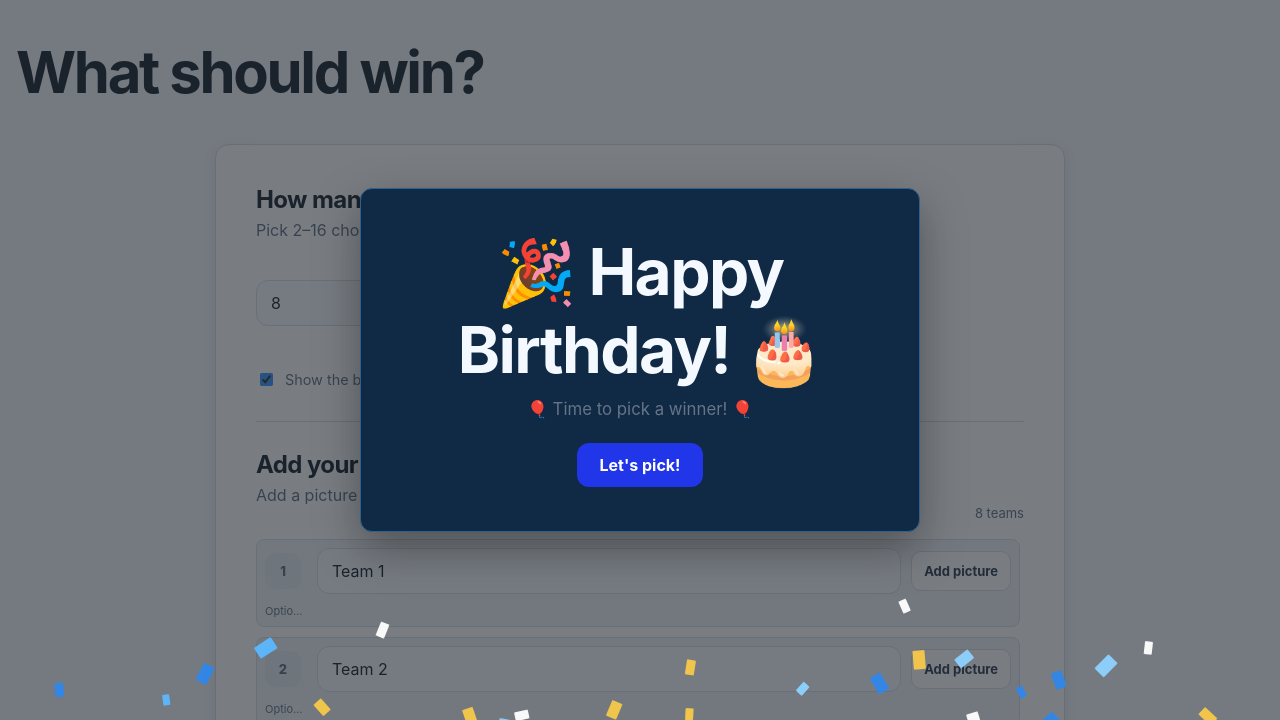
Repository: Ryan-Damm/Bracket
Page: bracket-simulator.html
An editor plug-in stored every save of this project. The page is shown before and after the next save, followed by the edit.
The browser window is 1280 px wide. The pictures show the window.
A layer covers the whole window, so only the first screen is drawn. An inner scrolling area shows only its first screen.

Above is the page before, as saved 2026-10-04 21:43:37.

### bracket-simulator.html
<!DOCTYPE html>
<html lang="en">
<head>
    <meta charset="UTF-8">
    <meta name="viewport" content="width=device-width, initial-scale=1.0">
    <title>Birthday Bracket</title>
    <style>
* {
    box-sizing: border-box;
}

:root {
    --bg: #f6f7fb;
    --panel: #ffffff;
    --card: #f0f4f8;
    --card-hover: #e7f0f7;
    --border: #d5dde6;
    --text: #1d2733;
    --muted: #657487;
    --accent: #e85d75;
    --accent-light: #f6b4c2;
    --accent-dark: #b83d57;
    --accent-soft: #fff0f3;
    --accent-complement: #3c9b72;
    --danger: var(--accent-dark);
    --green: var(--accent-complement);
}

body {
    margin: 0;
    min-height: 100vh;
    font-family: Inter, ui-sans-serif, system-ui, -apple-system, BlinkMacSystemFont, "Segoe UI", sans-serif;
    background: var(--bg);
    color: var(--text);
}

button,
input {
    font: inherit;
}

button {
    cursor: pointer;
}

button:focus-visible,
input:focus-visible {
    outline: 2px solid var(--accent-light);
    outline-offset: 2px;
}

.app {
    width: min(1500px, calc(100% - 32px));
    margin: 0 auto;
    padding: 44px 0 70px;
}

.hero {
    display: flex;
    justify-content: space-between;
    gap: 24px;
    align-items: flex-start;
    margin-bottom: 34px;
}

.eyebrow {
    margin: 0 0 7px;
    color: var(--accent-light);
    font-size: 11px;
    font-weight: 800;
    letter-spacing: 0.15em;
}

h1,
h2,
p {
    margin-top: 0;
}

h1 {
    margin-bottom: 9px;
    font-size: clamp(34px, 5vw, 58px);
    line-height: 0.98;
    letter-spacing: -0.04em;
}

h2 {
    margin-bottom: 6px;
    letter-spacing: -0.025em;
}

.subtitle,
.setup-card p,
.instruction {
    color: var(--muted);
}

.subtitle {
    margin-bottom: 0;
    font-size: 16px;
}

.setup-card {
    max-width: 850px;
    margin: 0 auto;
    padding: clamp(22px, 4vw, 40px);
    background: var(--panel);
    border: 1px solid var(--border);
    border-radius: 14px;
    box-shadow: 0 4px 14px rgba(30, 45, 60, 0.08);
}

.step {
    display: flex;
    gap: 16px;
    align-items: flex-start;
}

.step-number {
    display: grid;
    place-items: center;
    flex: 0 0 34px;
    width: 34px;
    height: 34px;
    border-radius: 50%;
    background: var(--accent-soft);
    color: var(--accent-light);
    font-weight: 800;
}

.team-count-row {
    display: flex;
    gap: 10px;
    margin-top: 24px;
}

.team-count-row input {
    width: 140px;
}

input[type="number"],
.team-name-input {
    min-height: 46px;
    border: 1px solid var(--border);
    border-radius: 12px;
    background: #f8fafc;
    color: var(--text);
    padding: 0 14px;
}

.primary-button,
.secondary-button,
.ghost-button {
    min-height: 44px;
    border-radius: 11px;
    border: 1px solid transparent;
    padding: 0 17px;
    color: var(--text);
    font-weight: 750;
    transition: transform 140ms ease, background 140ms ease, border-color 140ms ease;
}

.primary-button {
    background: var(--accent);
}

.primary-button:hover {
    background: var(--accent-dark);
    transform: translateY(-1px);
}

.secondary-button {
    background: #eef2f6;
    border-color: var(--border);
}

.secondary-button:hover:not(:disabled),
.ghost-button:hover {
    background: #e3e9ef;
}

.secondary-button:disabled {
    cursor: not-allowed;
    opacity: 0.4;
}

.ghost-button {
    background: transparent;
    border-color: var(--border);
}

.hidden {
    display: none !important;
}

.error-message {
    min-height: 20px;
    margin: 12px 0 0;
    color: var(--danger) !important;
    font-size: 13px;
}

.team-form {
    margin-top: 32px;
    border-top: 1px solid var(--border);
    padding-top: 28px;
}

.form-heading {
    display: flex;
    justify-content: space-between;
    gap: 16px;
    align-items: flex-end;
    margin-bottom: 18px;
}

.form-heading > span {
    color: var(--muted);
    font-size: 13px;
    white-space: nowrap;
}

.team-fields {
    display: grid;
    gap: 10px;
    max-height: 520px;
    overflow: auto;
    padding-right: 4px;
}

.team-field {
    display: grid;
    grid-template-columns: 42px minmax(0, 1fr) auto;
    gap: 10px;
    align-items: center;
    padding: 8px;
    border: 1px solid var(--border);
    border-radius: 8px;
    background: #f1f4f7;
}

.team-number {
    display: grid;
    place-items: center;
    width: 36px;
    height: 36px;
    border-radius: 10px;
    background: #e5ebf0;
    color: var(--muted);
    font-size: 13px;
    font-weight: 800;
}

.team-name-input {
    width: 100%;
}

.file-label {
    position: relative;
    display: inline-flex;
    align-items: center;
    justify-content: center;
    min-height: 40px;
    padding: 0 12px;
    border: 1px solid var(--border);
    border-radius: 10px;
    background: #ffffff;
    color: #314052;
    font-size: 13px;
    font-weight: 700;
    cursor: pointer;
    white-space: nowrap;
}

.file-label:hover {
    background: #e3e9ef;
}

.file-label input {
    position: absolute;
    width: 1px;
    height: 1px;
    opacity: 0;
    pointer-events: none;
}

.file-status {
    color: var(--muted);
    font-size: 11px;
    max-width: 110px;
    overflow: hidden;
    text-overflow: ellipsis;
    white-space: nowrap;
}

.start-button {
    width: 100%;
    margin-top: 18px;
    min-height: 50px;
}

.bracket-screen {
    animation: appear 240ms ease;
}

@keyframes appear {
    from { opacity: 0; transform: translateY(7px); }
    to { opacity: 1; transform: translateY(0); }
}

.toolbar {
    display: flex;
    justify-content: space-between;
    align-items: flex-end;
    gap: 20px;
    margin-bottom: 24px;
}

.toolbar h2 {
    margin-bottom: 4px;
    font-size: 28px;
}

.instruction {
    margin: 0;
    font-size: 14px;
}

.toolbar-actions {
    display: flex;
    gap: 8px;
    flex-wrap: wrap;
}

.bracket-container {
    display: flex;
    align-items: stretch;
    gap: 46px;
    min-height: 520px;
    padding: 20px 8px 36px;
    overflow-x: auto;
    scrollbar-width: thin;
}

.round {
    display: flex;
    flex-direction: column;
    flex: 0 0 220px;
    min-width: 220px;
}

.round-title {
    margin-bottom: 16px;
    color: var(--muted);
    text-align: center;
    font-size: 18px;
    font-weight: 850;
    letter-spacing: 0.1em;
    text-transform: uppercase;
}

.match-list {
    display: flex;
    flex-direction: column;
    flex: 1;
    justify-content: space-around;
    gap: 20px;
}

.match {
    position: relative;
    display: flex;
    flex-direction: column;
    border: 1px solid var(--border);
    border-radius: 8px;
    background: var(--panel);
    overflow: visible;
    box-shadow: 0 2px 8px rgba(30, 45, 60, 0.06);
}

.team {
    position: relative;
    display: flex;
    align-items: center;
    gap: 10px;
    width: 100%;
    min-height: 110px;
    padding: 8px 12px;
    border: 0;
    border-bottom: 1px solid var(--border);
    background: transparent;
    color: var(--text);
    text-align: left;
    transition: background 130ms ease, transform 130ms ease;
}

.team:last-child {
    border-bottom: 0;
}

.team.clickable:hover {
    background: var(--card-hover);
    transform: translateX(2px);
}

.team.winner {
    background: rgba(103, 230, 165, 0.08);
}

.team.winner::after {
    content: "✓";
    margin-left: auto;
    color: var(--green);
    font-weight: 900;
}

.team.tbd {
    color: #8a96a3;
    font-style: italic;
}

.team.bye {
    color: #8a96a3;
    background: #f1f4f7;
    font-style: italic;
}

.team-avatar {
    display: grid;
    place-items: center;
    flex: 0 0 92px;
    width: 92px;
    height: 92px;
    overflow: hidden;
    border-radius: 9px;
    background: #e85d75;
    color: #ffffff;
    font-size: 12px;
    font-weight: 850;
}

    .team-avatar img { width: 100%; height: 100%; object-fit: cover; display: block; }

.team-avatar img {
    width: 100%;
    height: 100%;
    object-fit: cover;
}

.team-name {
    min-width: 0;
    overflow: hidden;
    text-overflow: ellipsis;
    white-space: nowrap;
    font-size: 14px;
    font-weight: 750;
}


.winner-card {
    position: relative;
    max-width: 460px;
    margin: 30px auto 0;
    padding: 36px;
    text-align: center;
    border: 1px solid rgba(139, 124, 255, 0.45);
    border-radius: 14px;
    background: var(--panel);
    overflow: hidden;
    animation: winner-in 420ms cubic-bezier(.2,.8,.2,1);
}

@keyframes winner-in {
    from { opacity: 0; transform: scale(0.96) translateY(10px); }
    to { opacity: 1; transform: scale(1) translateY(0); }
}

.winner-glow {
    position: absolute;
    inset: -100px;
    pointer-events: none;
    background: transparent;
}

.winner-image-wrap {
    position: relative;
    display: grid;
    place-items: center;
    width: 120px;
    height: 120px;
    margin: 18px auto;
    border: 3px solid var(--accent);
    border-radius: 12px;
    overflow: hidden;
    background: #edf1f5;
    color: #ffffff;
    font-size: 28px;
    font-weight: 900;
}

.winner-image-wrap img {
    width: 100%;
    height: 100%;
    object-fit: cover;
}

.winner-card h2 {
    position: relative;
    margin-bottom: 5px;
    font-size: 30px;
}

.winner-card p {
    position: relative;
    color: var(--muted);
}

.winner-card .primary-button {
    position: relative;
    margin-top: 12px;
}

@media (max-width: 700px) {
    .app {
        width: min(100% - 20px, 1500px);
        padding-top: 25px;
    }

    .hero {
        align-items: flex-start;
    }

    .hero .ghost-button {
        padding: 0 12px;
    }

    .team-count-row {
        flex-direction: column;
    }

    .team-count-row input,
    .team-count-row button {
        width: 100%;
    }

    .team-field {
        grid-template-columns: 34px minmax(0, 1fr);
    }

    .team-number {
        width: 30px;
        height: 30px;
    }

    .file-label {
        grid-column: 2;
        justify-self: start;
    }

    .toolbar {
        align-items: flex-start;
        flex-direction: column;
    }

    .toolbar-actions {
        width: 100%;
    }

    .toolbar-actions button {
        flex: 1;
    }

    .bracket-container {
        margin: 0 -10px;
        padding-left: 10px;
    }
}


    .birthday-overlay {
      position: fixed;
      inset: 0;
      z-index: 1000;
      display: grid;
      place-items: center;
      background: rgba(25, 31, 40, 0.58);
      opacity: 0;
      pointer-events: none;
      transition: opacity .2s ease;
    }
    .birthday-overlay.show {
      opacity: 1;
      pointer-events: auto;
    }
    .birthday-card {
      width: min(92vw, 560px);
      padding: 44px 32px;
      text-align: center;
      border: 1px solid #2d628f;
      border-radius: 12px;
      background: #102945;
      box-shadow: 0 16px 45px rgba(0,0,0,.35);
    }
    .birthday-card h2 {
      margin: 0 0 10px;
      font-size: clamp(2.4rem, 7vw, 4rem);
      color: #f4f9ff;
    }
    .birthday-card p {
      margin: 0 0 24px;
      color: var(--muted);
      font-size: 1.05rem;
    }
    .birthday-card button {
      border: 0;
      border-radius: 12px;
      padding: 12px 22px;
      background: var(--accent);
      color: white;
      font-weight: 700;
      cursor: pointer;
    }
    .birthday-settings {
      display: flex;
      align-items: center;
      gap: 9px;
      margin-top: 12px;
      color: var(--muted);
      font-size: .9rem;
    }
    .birthday-settings input {
      accent-color: #3b9cff;
    }
    .confetti-piece {
      position: fixed;
      top: -40px;
      z-index: 2000;
      display: block;
      pointer-events: none;
      border-radius: 1px;
      animation: confetti-fall linear forwards;
    }
    @keyframes confetti-fall {
      0% {
        transform: translate3d(0, 0, 0) rotate(0deg);
        opacity: 1;
      }
      100% {
        transform: translate3d(var(--drift), 115vh, 0) rotate(var(--rotation));
        opacity: 0.95;
      }
    }

  </style>
</head>
<body>
    <main class="app">
        <header class="hero">
            <div>
                <h1>What should win?</h1>
            </div>
            <button id="reset-button" class="ghost-button hidden" type="button">New bracket</button>
        </header>

        <section id="setup-screen" class="setup-screen">
            <div class="setup-card">

                <div class="step">
                    <div>
                        <h2>How many choices?</h2>
                        <p>Pick 2–16 choices. If the number is uneven, the bracket will handle the byes for you.</p>
                    </div>
                </div>

                <div class="team-count-row">
                    <input id="teams-input" type="number" min="2" max="64" value="8" aria-label="Number of teams">
                    <button id="create-teams-button" class="primary-button" type="button">Set up teams</button>
                </div>

                <p id="setup-error" class="error-message" role="alert"></p>

                <label class="birthday-settings"><input id="birthdayToggle" type="checkbox" checked> Show the birthday surprise when the page opens</label>

                <div id="team-form" class="team-form hidden">
                    <div class="form-heading">
                        <div>
                            <h2>Add your choices</h2>
                            <p>Add a picture for each choice.</p>
                        </div>
                        <span id="team-count-label"></span>
                    </div>

                    <div id="team-fields" class="team-fields"></div>

                    <button id="start-button" class="primary-button start-button" type="button">
                        Start the birthday bracket
                    </button>
                </div>
            </div>
        </section>

        <section id="bracket-screen" class="bracket-screen hidden">
            <div class="toolbar">
                <div>
                    <h2 id="tournament-title">The choices</h2>
                    <p id="instruction" class="instruction">Pick which one should win each round.</p>
                </div>
                <div class="toolbar-actions">
                    <button id="undo-button" class="secondary-button" type="button" disabled>↶ Back</button>
                    <button id="restart-button" class="secondary-button" type="button">Restart</button>
                </div>
            </div>

            <div id="bracket-container" class="bracket-container" aria-live="polite"></div>

            <section id="winner-card" class="winner-card hidden">
                <div class="winner-glow"></div>
                <p class="eyebrow">WE HAVE A WINNER</p>
                <div id="winner-image-wrap" class="winner-image-wrap"></div>
                <h2 id="winner-name"></h2>
                <p id="winner-subtitle">That's the one!</p>
                <button id="new-tournament-button" class="primary-button" type="button">Make a new bracket</button>
            </section>
        </section>
    </main>

  <div id="birthdayOverlay" class="birthday-overlay" aria-hidden="true">
    <div class="birthday-card">
      <h2>🎉 Happy Birthday! 🎂</h2>
      <p>🎈 Time to pick a winner! 🎈</p>
      <button id="closeBirthday">Let's pick!</button>
    </div>
  </div>

    <script src="colors.js"></script>
    <script src="bracket-simulator.js"></script>

</body>
</html>

### colors.js
// Change this ONE color to restyle the whole bracket.
// The other colors are calculated from it.
const MAIN_COLOR = "#2135e9";

function hexToHsl(hex) {
    const value = hex.replace("#", "");
    const r = parseInt(value.slice(0, 2), 16) / 255;
    const g = parseInt(value.slice(2, 4), 16) / 255;
    const b = parseInt(value.slice(4, 6), 16) / 255;

    const max = Math.max(r, g, b);
    const min = Math.min(r, g, b);
    let h = 0;
    let s = 0;
    const l = (max + min) / 2;
    const d = max - min;

    if (d !== 0) {
        s = d / (1 - Math.abs(2 * l - 1));
        switch (max) {
            case r: h = ((g - b) / d) % 6; break;
            case g: h = (b - r) / d + 2; break;
            default: h = (r - g) / d + 4; break;
        }
        h *= 60;
        if (h < 0) h += 360;
    }

    return [h, s * 100, l * 100];
}

const [h, s, l] = hexToHsl(MAIN_COLOR);
const root = document.documentElement;

root.style.setProperty("--accent", MAIN_COLOR);
root.style.setProperty("--accent-light", `hsl(${h}, ${Math.min(s, 75)}%, ${Math.min(l + 28, 92)}%)`);
root.style.setProperty("--accent-dark", `hsl(${h}, ${Math.min(s + 8, 90)}%, ${Math.max(l - 18, 25)}%)`);
root.style.setProperty("--accent-soft", `hsl(${h}, ${Math.min(s, 70)}%, 94%)`);
root.style.setProperty("--accent-complement", `hsl(${(h + 180) % 360}, ${Math.min(s, 65)}%, 48%)`);

Loaded but not shown: bracket-simulator.js (571 lines, source omitted)

After the next save:
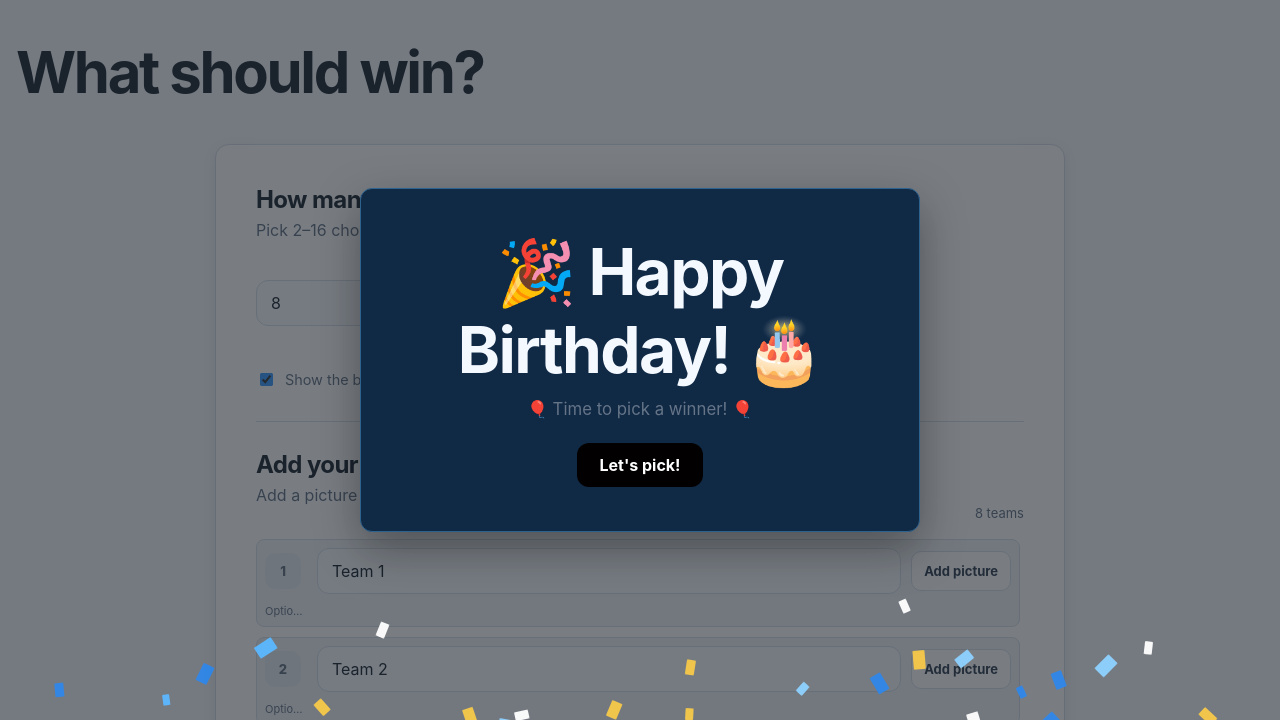
Saved 71 s later.
--- a/colors.js
+++ b/colors.js
@@ -1,6 +1,6 @@
 // Change this ONE color to restyle the whole bracket.
 // The other colors are calculated from it.
-const MAIN_COLOR = "#2135e9";
+const MAIN_COLOR = "#030001";
 
 function hexToHsl(hex) {
     const value = hex.replace("#", "");
